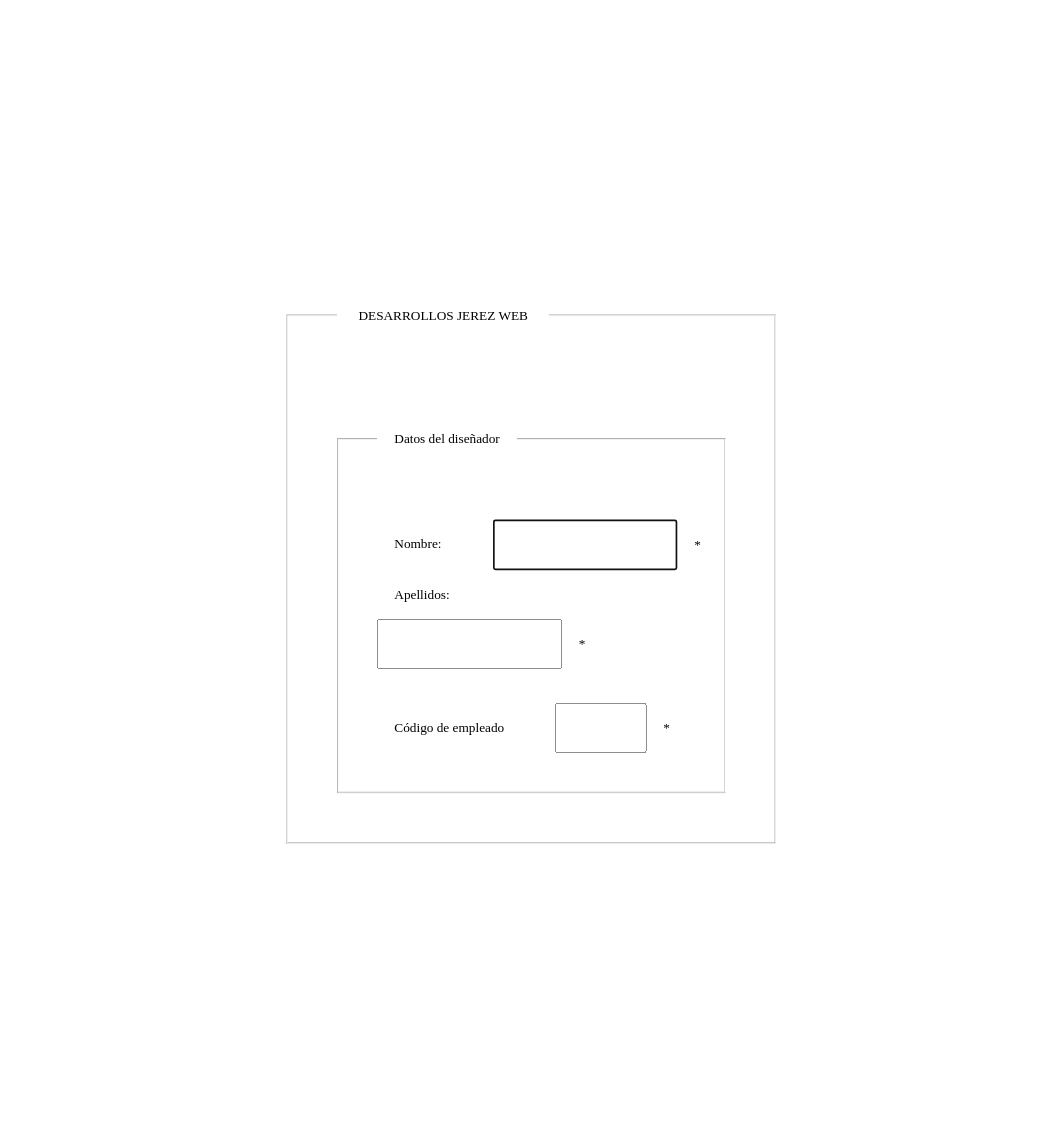
Repository: iSaan86/EV_Practica_FormularioCSS
Page: index.html
An editor plug-in stored every save of this project. The page is shown before and after the next save, followed by the edit.
The browser window is 1280 px wide. The pictures show the whole page, at 83% of full size.

Above is the page before, as saved 2024-01-11 16:35:55.

### index.html
<!DOCTYPE html>
<html lang="es-ES">

<head>
    <meta charset="UTF-8">
    <meta name="viewport" content="width=device-width, initial-scale=1.0">
    <meta name="keywords" content="formulario, html, css, practica">
    <meta name="description" content="Formularios">
    <meta name="author" content="Alexandra Ferrera Arenas">
    <link rel="icon" type="image/x-icon" href="img/logo-giro.png">
    <link rel="stylesheet" href="css/estilo.css">
    <title> PRACTICA DE FORMULARIOS </title>
</head>

<body>
    <!-- ABRO FORMULARIO -->
    <form method="get" action="" name="formulario1" id="formulario1">
        <!--AGRUPACION GENERAL-->
        <fieldset>
            <legend class="datos">DESARROLLOS JEREZ WEB</legend>
            <fieldset><legend class="datos">Datos del diseñador</legend>
                <label for="nombre">Nombre:</label><input type="text" id="nombre" name="nombre" alt="indique su nombre"  autofocus required minlength="2" maxlength="50">*<br>
                <label for="apellidos">Apellidos:</label><input type="text" id="apellidos" name="apellidos" alt="indique sus apellidos" required minlength="2" maxlength="50">*<br>
                <label for="codigo">Código de empleado</label><input type="number" id="codigo" name="codigo" alt="indique su código de empleado" required min="1300" max="1400">*<br>

            </fieldset>














        </fieldset>
    </form>




</body>





</html>

### css/estilo.css
@charset "UTF-8";
/* Para todo el html */
*{
    padding: 5%;
    margin:5%;
}

After the next save:
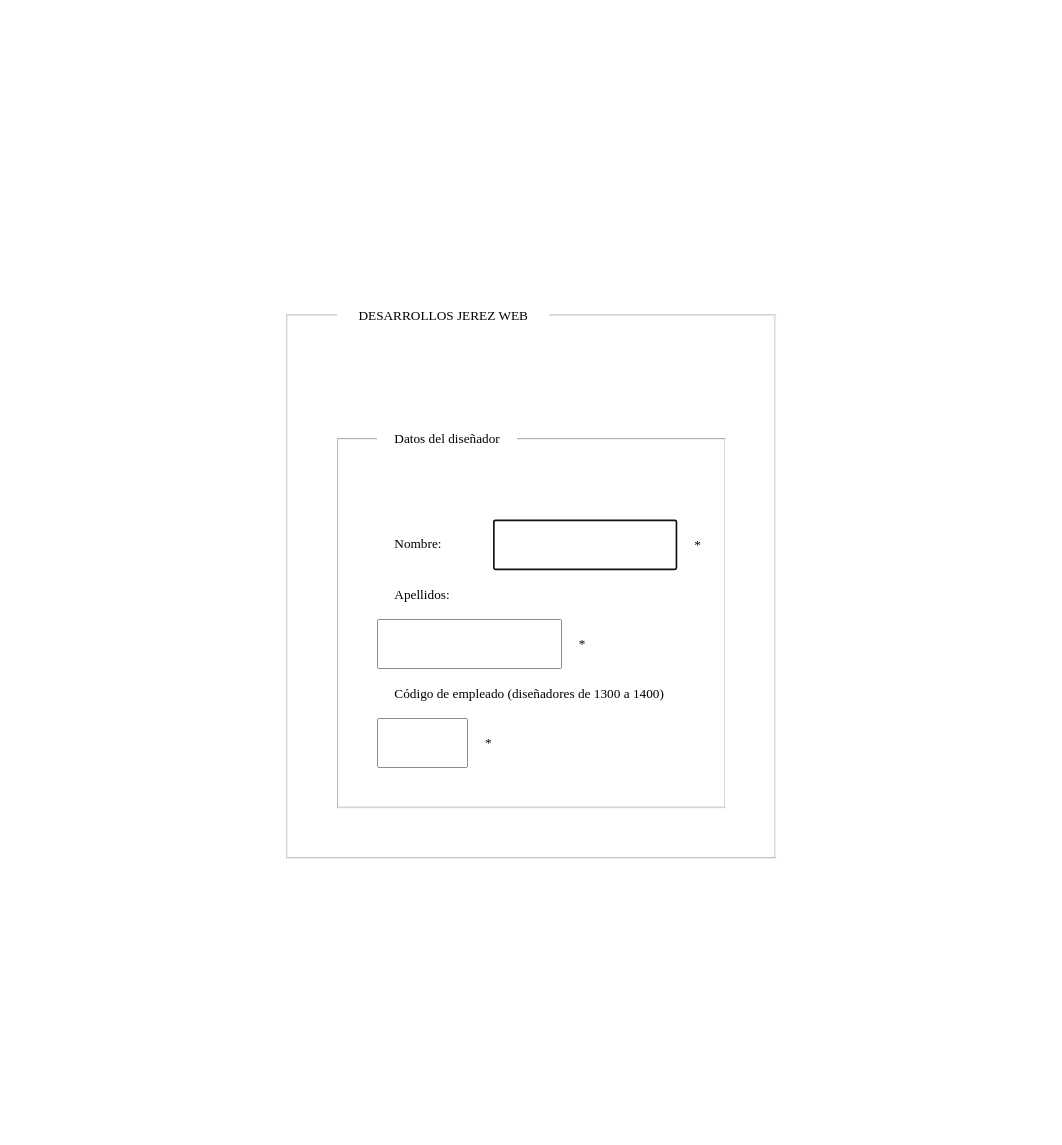
Saved 36 s later.
--- a/index.html
+++ b/index.html
@@ -21,7 +21,7 @@
             <fieldset><legend class="datos">Datos del diseñador</legend>
                 <label for="nombre">Nombre:</label><input type="text" id="nombre" name="nombre" alt="indique su nombre"  autofocus required minlength="2" maxlength="50">*<br>
                 <label for="apellidos">Apellidos:</label><input type="text" id="apellidos" name="apellidos" alt="indique sus apellidos" required minlength="2" maxlength="50">*<br>
-                <label for="codigo">Código de empleado</label><input type="number" id="codigo" name="codigo" alt="indique su código de empleado" required min="1300" max="1400">*<br>
+                <label for="codigo">Código de empleado (diseñadores de 1300 a 1400)</label><input type="number" id="codigo" name="codigo" alt="indique su código de empleado" required min="1300" max="1400">*<br>
 
             </fieldset>
 
